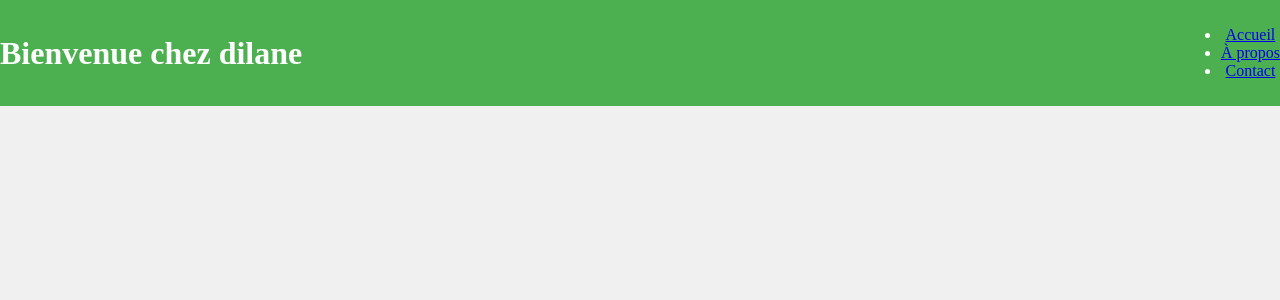
Repository: prestige225/prestige_services_et_finances
Page: app.html
An editor plug-in stored every save of this project. The page is shown before and after the next save, followed by the edit.
The browser window is 1280 px wide. The pictures show the whole page.

Above is the page before, as saved 2025-06-01 17:34:08.

After the next save:
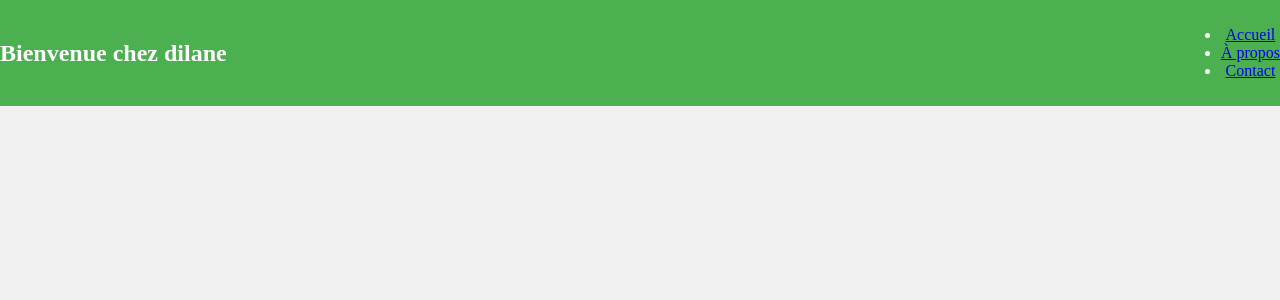
Saved 73 s later.
--- a/app.html
+++ b/app.html
@@ -19,6 +19,10 @@
             justify-content: space-between;
             align-items: center;
          }
+            header h1 {
+            margin: 0;
+            font-size: 24px;
+            }
     </style>
     <title>APPPP</title>
 </head>

After the save that followed:
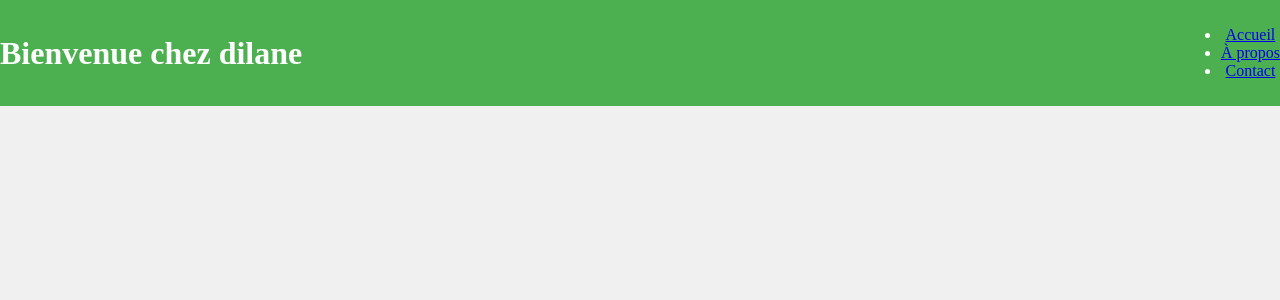
Saved 20 s later.
--- a/app.html
+++ b/app.html
@@ -21,7 +21,7 @@
          }
             header h1 {
             margin: 0;
-            font-size: 24px;
+            font-size: bold 24px;
             }
     </style>
     <title>APPPP</title>
